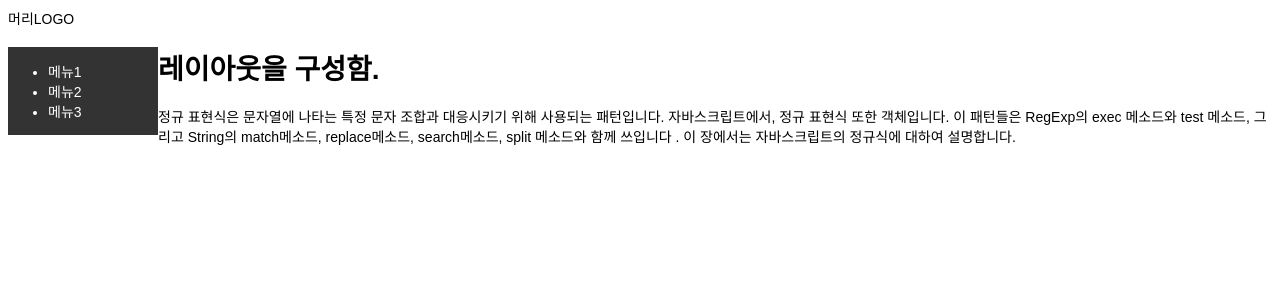
Repository: yoojisoo/YONSAI
Page: http://localhost/teatJava/
An editor plug-in stored every save of this project. The page is shown before and after the next save, followed by the edit.
The browser window is 1280 px wide. The pictures show the whole page.
The page is served by Tomcat 9.

Above is the page before, as saved 2021-08-23 05:25:47.

### jsworkspace/teatJava/src/main/webapp/index.jsp
<%@ page language="java" contentType="text/html; charset=UTF-8"
    pageEncoding="UTF-8"%>
<!DOCTYPE html>
<html>
<head>
<meta charset="UTF-8">
<title>웹페이지 레이아웃</title>
<style>
	body{
		font:14px Arial
	}

	.frame{
		width : 800px;
		margin : 0 auto;
		border : 1px colid #aaa;
	}
	.container{
		overflow : hiden;
	}
	.nav{
		float : left;
		width : 150px;
		background: #333;
		color : #fff;
		margin-

	}


</style>

</head>
<body>
	<div class="fram">
		<jsp:include page="include/header.jsp"></jsp:include>
		<div class="header">머리LOGO</div>

		<div class="container">
			<div class="nav">
				<ul>
					<li>메뉴1</li>
					<li>메뉴2</li>
					<li>메뉴3</li>
				</ul>
			</div>
			<div class="content">
				<h1>레이아웃을 구성함.</h1>
				<p>
				 정규 표현식은 문자열에 나타는 특정 문자 조합과 대응시키기 위해 사용되는 패턴입니다. 자바스크립트에서, 정규 표현식 또한 객체입니다.
					이 패턴들은 RegExp의 exec 메소드와 test 메소드, 그리고 String의 match메소드, replace메소드, search메소드,
					split 메소드와 함께 쓰입니다 . 이 장에서는 자바스크립트의 정규식에 대하여 설명합니다.
				</p>
				<jsp:include page="include/foot.jsp"></jsp:include>
			</div>
		</div>


	</div>
</body>
</html>

Loaded but not shown: jsworkspace/teatJava/src/main/webapp/include/header.jsp (common file); jsworkspace/teatJava/src/main/webapp/include/foot.jsp (common file)

After the next save:
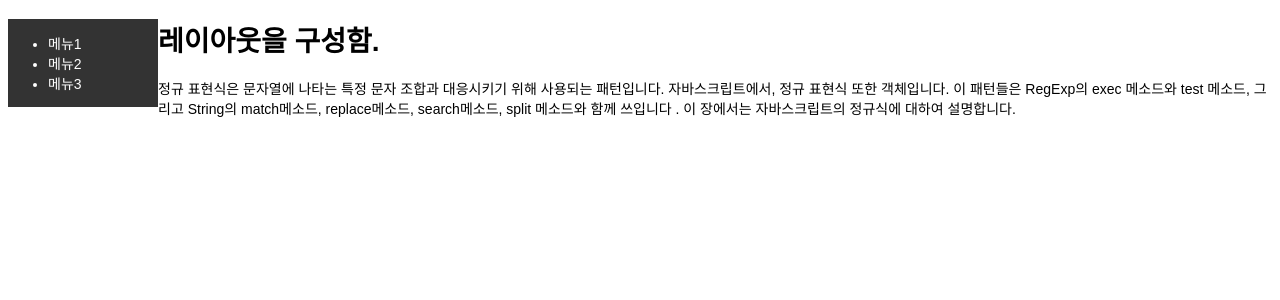
Saved 66 s later.
--- a/jsworkspace/teatJava/src/main/webapp/index.jsp
+++ b/jsworkspace/teatJava/src/main/webapp/index.jsp
@@ -34,8 +34,7 @@
 <body>
 	<div class="fram">
 		<jsp:include page="include/header.jsp"></jsp:include>
-		<div class="header">머리LOGO</div>
-
+<!-- 		<div class="header">머리LOGO</div>  이거옮겨야되는데.. -->
 		<div class="container">
 			<div class="nav">
 				<ul>
